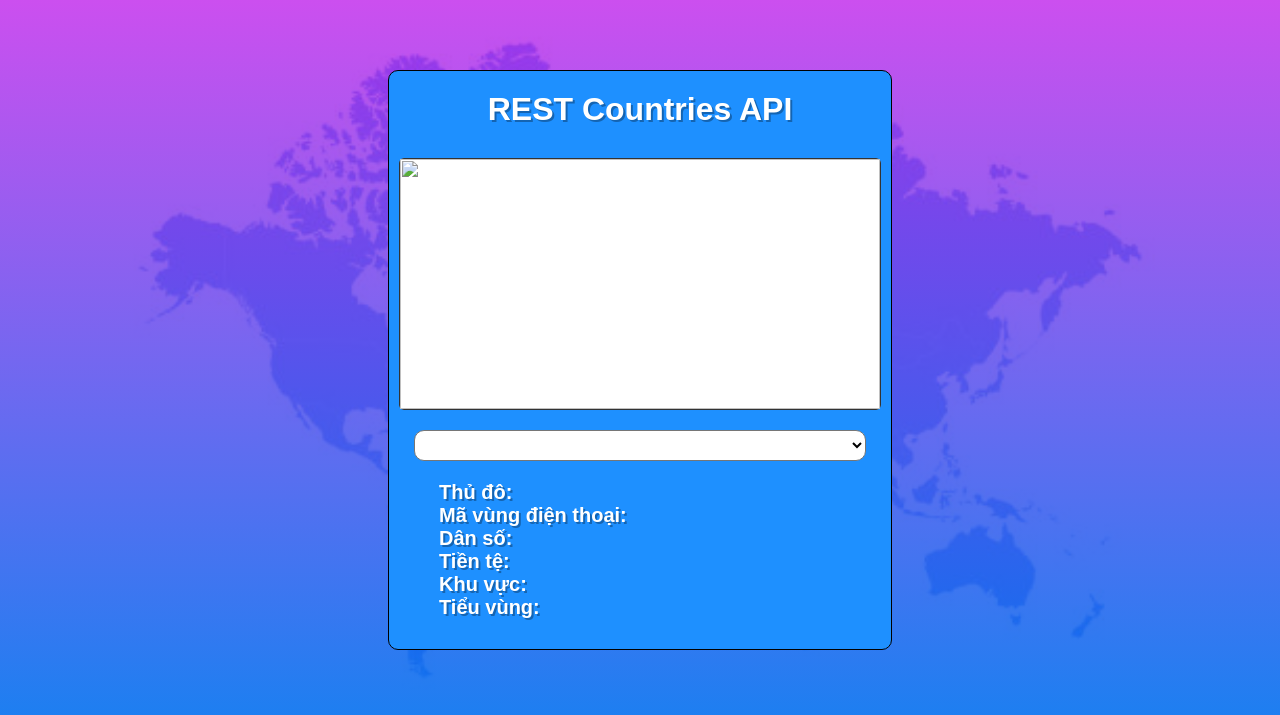
Repository: KhoaTran204/Rest-countries-api-app
Page: index.html
An editor plug-in stored every save of this project. The page is shown before and after the next save, followed by the edit.
The browser window is 1280 px wide. The pictures show the whole page.
The page's requests for data from a server got no answer.

Above is the page before, as saved 2024-04-14 09:20:11.

### index.html
<!DOCTYPE html>
<html lang="en">
  <head>
    <meta charset="UTF-8" />
    <meta name="viewport" content="width=device-width, initial-scale=1.0" />
    <link rel="stylesheet" href="style.css" />
    <title>Rest Countries API</title>
  </head>
  <body>
    <div class="container">
      <h1>REST Countries API</h1>
      <div id="main-container">
        <div id="flag-container">
          <img src="" alt="" />
        </div>
        <div id="info-container">
          <select id="countries"></select>
          <div class="info">
            <p>Thủ đô: <span id="capital"></span></p>
            <p>Mã vùng điện thoại: <span id="dialing-code"></span></p>
            <p>Dân số: <span id="population"></span></p>
            <p>Tiền tệ: <span id="currencies"></span></p>
            <p>Khu vực: <span id="region"></span></p>
            <p>Tiểu vùng: <span id="subregion"></span></p>
          </div>
        </div>
      </div>
    </div>
    <script src="app.js"></script>
  </body>
</html>

### style.css
* {
  margin: 0;
  padding: 0;
  box-sizing: border-box;
}

body {
  font-family: sans-serif;
  height: 100vh;
  display: flex;
  justify-content: center;
  align-items: center;
  /* background-image: url(anh/bando.jpg);
  background-repeat: no-repeat;
  background-position: center;
  background-size: cover; */
  background: linear-gradient(
      to top,
      rgba(4, 113, 239, 0.9),
      rgba(191, 35, 235, 0.8)
    ),
    url(anh/bando.jpg) no-repeat center/cover;
}

#flag-container {
  margin: 10px;
  height: 252px;
  background-color: #fff;
  border: 1px solid #333;
  border-radius: 5px;
}

#flag-container img {
  display: block;
  width: 100%;
  height: 100%;
}

.container {
  background-color: #1e90ff;
  border-radius: 10px;
  border: 1px solid black;
}
.container h1 {
  text-align: center;
  text-shadow: 2px 2px rgba(0, 0, 0, 0.3);
  color: #fff;
  margin: 20px;
}
#main-container {
  width: 502px;
  margin: 30px auto;
  padding: 0;
}
#flag-container {
  height: 252px;
  background-color: #fff;
  border: 1px solid #333;
}
#flag-container img {
  display: block;
  width: 100%;
  height: 100%;
}
#info-container select {
  display: block;
  border-radius: 10px;
  margin: 20px auto;
  padding: 5px;
  min-width: 90%;
  color: black;
  font-size: 15px;
  font-weight: lighter;
  text-align-last: center;
  background-color: #fff;
  text-decoration: underline;
}
#flag-container select:active {
  background-color: black;
}
.info {
  margin-left: 50px;
  color: #fff;
  font-size: 20px;
  font-weight: bold;
  text-shadow: 2px 2px rgba(0, 0, 0, 0.3);
}

### app.js
const countrieslist = document.getElementById("countries");
let countries;

countrieslist.addEventListener("change", (event) =>
  displayCountryInfo(event.target.value)
);

// fetch("https://restcountries.com/v2/all")
//   .then(function (res) {
//     console.log(res);
//     return res.json();
//   })
//   .then(function (data) {
//     console.log(data);
//     initialize(data);
//   })
//   .catch(function (err) {
//     console.log("Lỗi: ", err);
//   });
fetch("https://restcountries.com/v2/all").then((res) => {
  res
    .json()
    .then((data) => initialize(data))
    .catch((err) => console.log("Lỗi: ", err));
});
function initialize(countriesData) {
  countries = countriesData;
  let options = "";
  //   for (let i = 0; i < countries.length; i++) {
  //     options += `<option value="${countries[i].alpha3Code}">${countries[i].name}</option>`;
  //   }
  countries.forEach(
    (country) =>
      (options += `<option value="${country.alpha3Code}">${country.name}</option>`)
  );
  //   document.getElementById("countries").innerHTML = options;
  //   document.querySelector("countries").innerHTML = options;
  countrieslist.innerHTML = options;
  countrieslist.selectedIndex = Math.floor(
    Math.random() * countrieslist.length
  );
  displayCountryInfo(countrieslist[countrieslist.selectedIndex].value);
}

function displayCountryInfo(countryByAlpha3Code) {
  const countryData = countries.find(
    (country) => country.alpha3Code === countryByAlpha3Code
  );
  console.log(countryData);
  document.querySelector("#flag-container img").src = countryData.flag;
  document.querySelector(
    "#flag-container img"
  ).alt = `Flag of ${countryData.name}`;
  document.getElementById("capital").innerHTML = countryData.capital;
  document.getElementById(
    "dialing-code"
  ).innerHTML = `+ ${countryData.callingCodes[0]}`;
  document.getElementById("population").innerHTML =
    countryData.population.toLocaleString("en-US");
  document.getElementById("currencies").innerHTML = countryData.currencies
    .filter((c) => c.name)
    .map((c) => `${c.name} (${c.code})`)
    .join(", ");
  document.getElementById("region").innerHTML = countryData.region;
  document.getElementById("subregion").innerHTML = countryData.subregion;
}

After the next save:
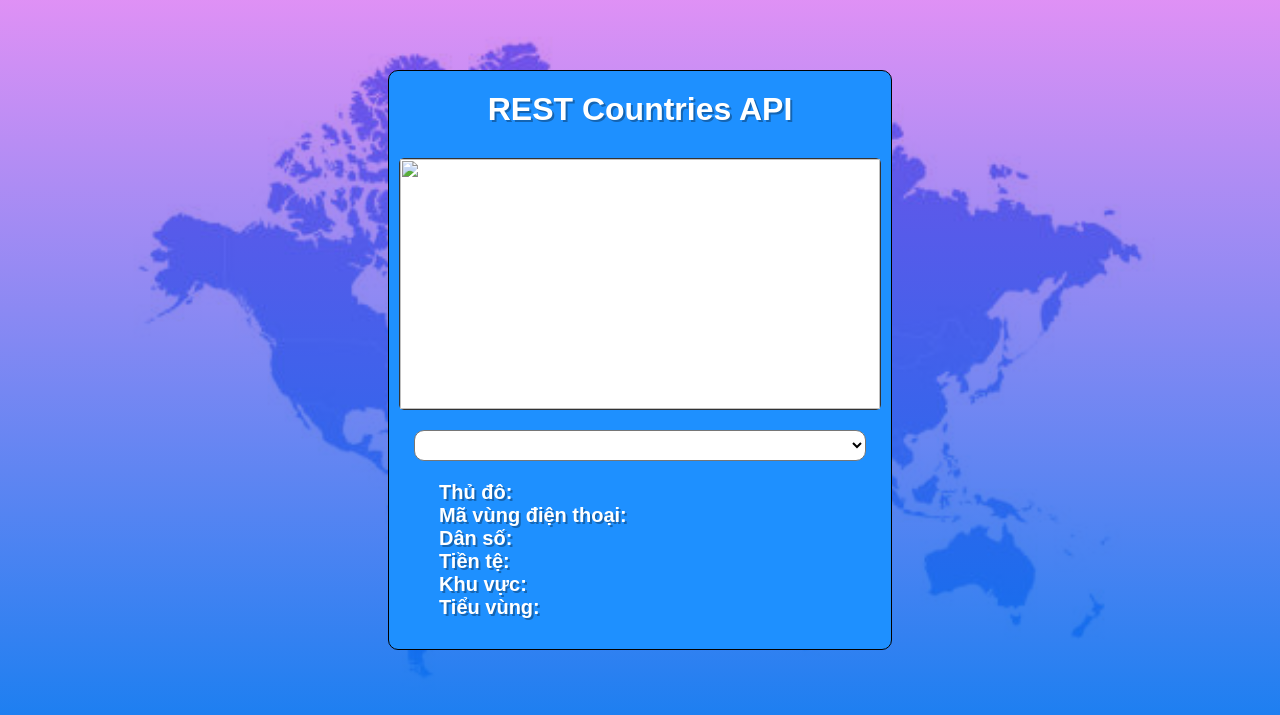
Saved 6 s later.
--- a/style.css
+++ b/style.css
@@ -17,7 +17,7 @@ body {
   background: linear-gradient(
       to top,
       rgba(4, 113, 239, 0.9),
-      rgba(191, 35, 235, 0.8)
+      rgba(191, 35, 235, 0.5)
     ),
     url(anh/bando.jpg) no-repeat center/cover;
 }
